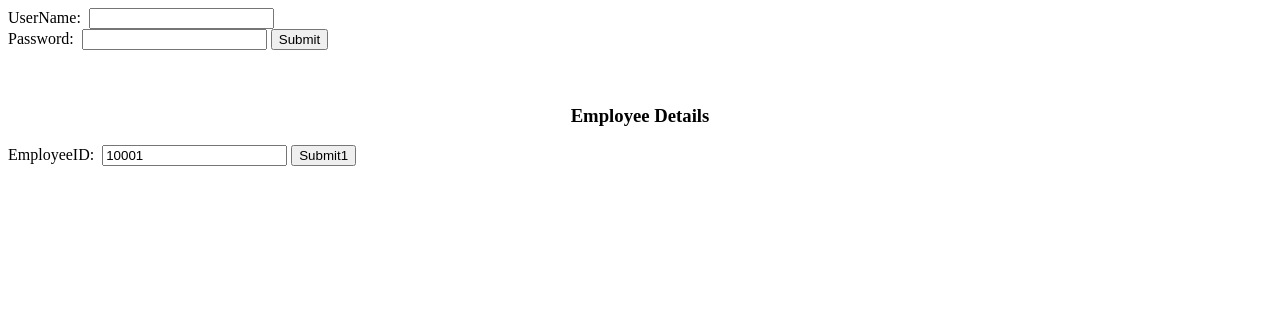
Repository: sandeep27y/MavenWebAppMultiModule-Servlets
Page: http://localhost/EmployeeApplication/LogIn.jsp
The author's editor kept a copy of each file at every save. The page is drawn from the files as they stood at one save, then again after the next save.
The browser window is 1280 px wide. The pictures show the whole page.
The page is served by Tomcat 9. Other server files are loaded and not shown.

Above is the page before, as saved 2017-06-10 19:44:36.

### MavenWebAppMultiModule-Servlets/EmployeeMultiModule/EmployeeApplication/src/main/webapp/LogIn.jsp
<%@ page language="java" contentType="text/html; charset=ISO-8859-1"
    pageEncoding="ISO-8859-1"%>
<!DOCTYPE html PUBLIC "-//W3C//DTD HTML 4.01 Transitional//EN" "http://www.w3.org/TR/html4/loose.dtd">
<html>
<head>
<meta http-equiv="Content-Type" content="text/html; charset=ISO-8859-1">
<title>Insert title here</title>
</head>
<body>
<form action="/EmployeeApplication/employeelogin.do" method="post">
UserName: &nbsp;<input type="text" name="username"><br>
Password: &nbsp;<input type="password" name="password">
<input type="Submit" value="Submit"><br>
</form>
<br><br>
<form action="/EmployeeApplication/EmployeeInfromation.do" method="post">
<h3 align="center">Employee Details</h3>
EmployeeID: &nbsp;<input type="text" name="employeeId" value="10001">
<input type="Submit" value="Submit1"><br>
</form>
</body>
</html>

After the next save:
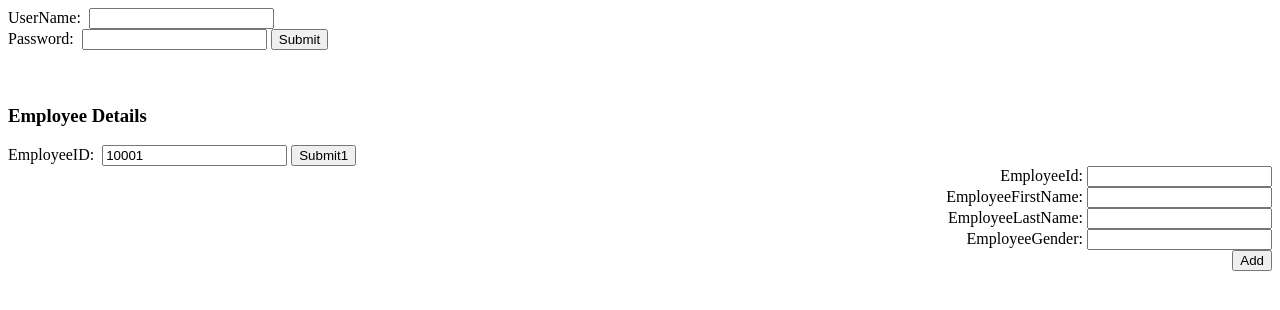
Saved 4 min 9 s later.
--- a/MavenWebAppMultiModule-Servlets/EmployeeMultiModule/EmployeeApplication/src/main/webapp/LogIn.jsp
+++ b/MavenWebAppMultiModule-Servlets/EmployeeMultiModule/EmployeeApplication/src/main/webapp/LogIn.jsp
@@ -13,10 +13,21 @@
 <input type="Submit" value="Submit"><br>
 </form>
 <br><br>
+<div align="left">
 <form action="/EmployeeApplication/EmployeeInfromation.do" method="post">
-<h3 align="center">Employee Details</h3>
+<h3>Employee Details</h3>
 EmployeeID: &nbsp;<input type="text" name="employeeId" value="10001">
 <input type="Submit" value="Submit1"><br>
 </form>
+</div>
+<div align="right">
+<form action="/EmployeeApplication/add" method="post">
+EmployeeId: <input type="text" name="employeeId"><br>
+EmployeeFirstName: <input type="text" name="firstName"><br>
+EmployeeLastName: <input type="text" name="lastName"><br>
+EmployeeGender: <input type="text" name="gender"><br>
+<input type="submit" value="Add">
+</div>
+</form>
 </body>
 </html>
